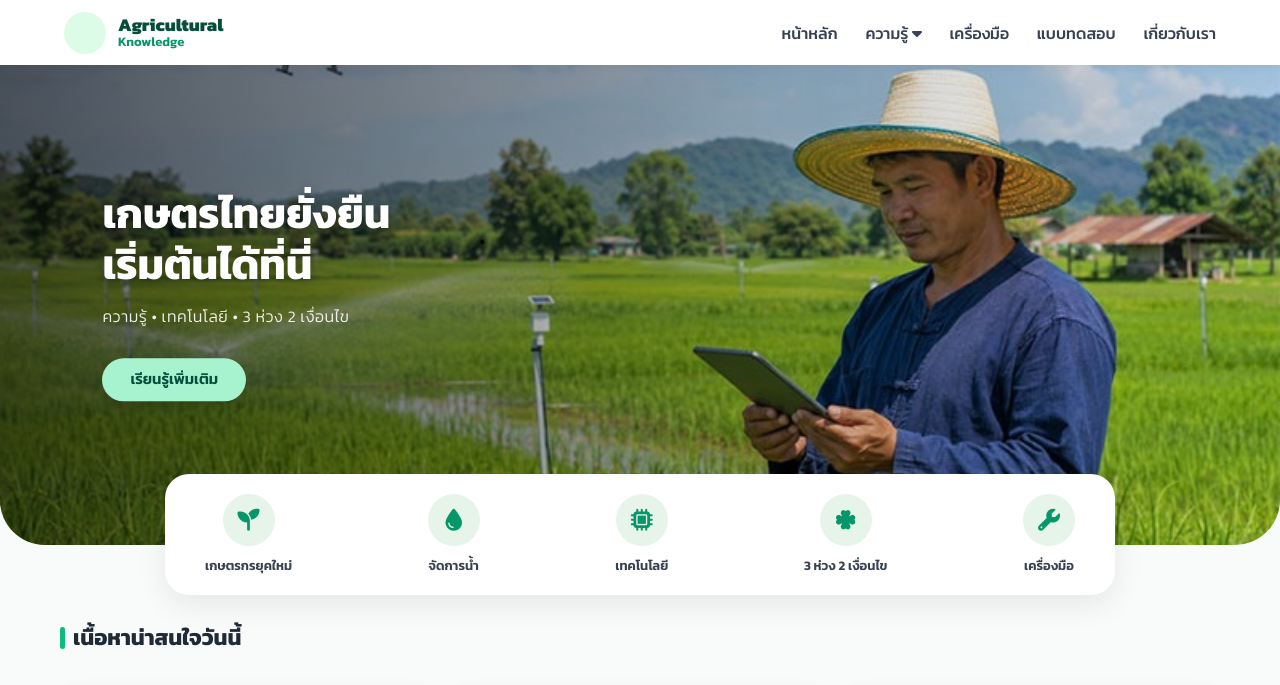
Repository: nuwat-wa/Project-WebdesignAG
Page: ag1.html
These files come from the project's save history. The page is drawn as it stood at one moment and after the next save; the edit follows.
The browser window is 1280 px wide. The pictures show the part of the page from y = 0 to 685 px (the page is 1534 px tall).
Pictures or frames that could not be fetched are drawn as grey boxes.

Above is the page before, as saved 2026-09-25 19:23:09.

### ag1.html
<!doctype html>
<html lang="en">
  <head>
    <meta charset="UTF-8" />
    <meta name="viewport" content="width=device-width, initial-scale=1.0" />
    <title>Agricultural Knowledge</title>
    <link
      href="https://cdn.jsdelivr.net/npm/bootstrap@5.3.8/dist/css/bootstrap.min.css"
      rel="stylesheet"
      integrity="sha384-sRIl4kxILFvY47J16cr9ZwB07vP4J8+LH7qKQnuqkuIAvNWLzeN8tE5YBujZqJLB"
      crossorigin="anonymous"
    />
    <link
      rel="stylesheet"
      href="https://cdnjs.cloudflare.com/ajax/libs/font-awesome/6.7.2/css/all.min.css"
    />
    <link rel="stylesheet" href="ag1.css" />
  </head>
  <body>
    <header class="header">
      <div class="logo">
        <div class="logo-icon">
          <i class=""></i>
        </div>
        <div class="brand-text">
          <h1 class="title">Agricultural</h1>
          <span class="subtitle">Knowledge</span>
        </div>
      </div>

      <nav class="nav-links">
        <a href="#">หน้าหลัก</a>
        <a href="#">ความรู้ <i class="fa-solid fa-caret-down"></i> </a>
        <a href="#">เครื่องมือ</a>
        <a href="#">แบบทดสอบ</a>
        <a href="#">เกี่ยวกับเรา</a>
      </nav>
    </header>

    <!-- Full-Width Hero Section (เต็มความกว้างจอ) -->
    <section class="hero-section-full">
      <div class="hero-banner-bg">
        <!-- รูปภาพ Hero Background -->
        <img src="img/aghero.jpg" alt="เกษตรไทยยั่งยืน" />
        <div class="overlay"></div>

        <!-- ข้อความบน Hero Banner -->
        <div class="hero-content">
          <h2 class="hero-title">เกษตรไทยยั่งยืน<br />เริ่มต้นได้ที่นี่</h2>
          <p class="hero-subtitle">ความรู้ • เทคโนโลยี • 3 ห่วง 2 เงื่อนไข</p>
          <a href="#" class="btn-learn-more"> เรียนรู้เพิ่มเติม </a>
        </div>
      </div>

      <!-- แถบหมวดหมู่ลอยตรงกลาง (Floating Category Bar) -->
      <div class="category-bar-wrapper">
        <div class="category-bar">
          <a href="#" class="category-item">
            <div class="cat-icon"><i class="fa-solid fa-sprout"></i></div>
            <span>เกษตรกรยุคใหม่</span>
          </a>
          <a href="#" class="category-item">
            <div class="cat-icon"><i class="fa-solid fa-droplet"></i></div>
            <span>จัดการน้ำ</span>
          </a>
          <a href="#" class="category-item">
            <div class="cat-icon"><i class="fa-solid fa-microchip"></i></div>
            <span>เทคโนโลยี</span>
          </a>
          <a href="#" class="category-item">
            <div class="cat-icon"><i class="fa-solid fa-clover"></i></div>
            <span>3 ห่วง 2 เงื่อนไข</span>
          </a>
          <a href="#" class="category-item">
            <div class="cat-icon"><i class="fa-solid fa-wrench"></i></div>
            <span>เครื่องมือ</span>
          </a>
        </div>
      </div>
    </section>

    <!-- Main Content Container (ส่วนเนื้อหาจำกัดความกว้างตรงกลาง) -->
    <main class="main-container">
      <!-- Section: เนื้อหาน่าสนใจวันนี้ -->
      <section class="content-section">
        <div class="section-header">
          <h2 class="section-title">เนื้อหาน่าสนใจวันนี้</h2>
        </div>

        <div class="carousel-container">
          <!-- ปุ่มกดเลื่อน Left / Right -->
          <a href="#card-3" class="slider-btn prev-btn" aria-label="Previous"
            ><i class="fa-solid fa-chevron-left"></i
          ></a>

          <div class="cards-scroll-wrapper">
            <!-- Card 1 -->
            <div class="content-card" id="card-1">
              <div class="card-img-holder">
                <img
                  src="https://images.unsplash.com/photo-1508614589041-895b88991e3e?auto=format&fit=crop&w=600&q=80"
                  alt="เทคโนโลยีโดรนเพื่อการเกษตร"
                />
              </div>
              <div class="card-body">
                <h3>เทคโนโลยีโดรนเพื่อการเกษตร</h3>
              </div>
            </div>

            <!-- Card 2 -->
            <div class="content-card" id="card-2">
              <div class="card-img-holder">
                <img
                  src="https://images.unsplash.com/photo-1592417817098-8f3d6ef23a81?auto=format&fit=crop&w=600&q=80"
                  alt="การจัดการดินอย่างยั่งยืน"
                />
              </div>
              <div class="card-body">
                <h3>การจัดการดินอย่างยั่งยืน</h3>
              </div>
            </div>

            <!-- Card 3 -->
            <div class="content-card" id="card-3">
              <div class="card-img-holder">
                <img
                  src="https://images.unsplash.com/photo-1595855759920-86582396756a?auto=format&fit=crop&w=600&q=80"
                  alt="พืชเศรษฐกิจที่น่าสนใจ"
                />
              </div>
              <div class="card-body">
                <h3>พืชเศรษฐกิจที่น่าสนใจ</h3>
              </div>
            </div>

             <!-- Card 4 -->
            <div class="content-card" id="card-3">
              <div class="card-img-holder">
                <img
                  src="https://images.unsplash.com/photo-1595855759920-86582396756a?auto=format&fit=crop&w=600&q=80"
                  alt="พืชเศรษฐกิจที่น่าสนใจ"
                />
              </div>
              <div class="card-body">
                <h3>พืชเศรษฐกิจที่น่าสนใจ</h3>
              </div>
            </div>
          </div>

          <a href="#card-2" class="slider-btn next-btn" aria-label="Next"
            ><i class="fa-solid fa-chevron-right"></i
          ></a>
        </div>

        <!-- Green Banner Card -->
        <div class="philosophy-banner">
          <div class="banner-info">
            <span class="banner-badge">ปรัชญาเศรษฐกิจพอเพียง</span>
            <h3 class="banner-title">องค์ความรู้ 3 ห่วง 2 เงื่อนไข</h3>
            <p class="banner-desc">
              แนวทางเพื่อความมั่นคงและยั่งยืนทางการเกษตร
            </p>
          </div>
          <a href="#" class="btn-read-banner">เข้าชม</a>
        </div>
      </section>
    </main>

    <footer class="site-footer">
      <div class="footer-top">
        <!-- โลโก้และคำอธิบาย -->
        <div class="footer-about">
          <div class="footer-logo">
            <span class="footer-logo-icon">🌱</span>

            <div>
              <strong>Agricultural</strong>
              <small>Knowledge</small>
            </div>
          </div>

          <p>
            แพลตฟอร์มการเรียนรู้และคลังความรู้เพื่อการเรียนรู้ด้านการเกษตร
            สนับสนุนเกษตรกรไทยด้วยเทคโนโลยีและองค์ความรู้ที่ยั่งยืน
          </p>
        </div>

        <!-- เมนูหลัก -->
        <div class="footer-column">
          <h3>เมนูหลัก</h3>

          <ul>
            <li><a href="home.html">หน้าหลัก</a></li>
            <li><a href="knowledge.html">ความรู้</a></li>
            <li><a href="tools.html">เครื่องมือ</a></li>
            <li><a href="quiz.html">แบบทดสอบ</a></li>
            <li><a href="about.html">เกี่ยวกับเรา</a></li>
          </ul>
        </div>

        <!-- หมวดความรู้ -->
        <div class="footer-column">
          <h3>ความรู้</h3>

          <ul>
            <li><a href="modern-farming.html">เกษตรยุคใหม่</a></li>
            <li><a href="water.html">การจัดการน้ำ</a></li>
            <li><a href="drone.html">เทคโนโลยีโดรน</a></li>
            <li><a href="sufficiency.html">3 ห่วง 2 เงื่อนไข</a></li>
            <li><a href="crops.html">พืชเศรษฐกิจ</a></li>
          </ul>
        </div>

        <!-- ติดต่อ -->
        <div class="footer-contact">
          <h3>ติดต่อเรา</h3>

          <p>
            ส่งเสริมการเกษตรและเครือข่ายความร่วมมืออัจฉริยะ
            เพื่อยกระดับคุณภาพชีวิตเกษตรกร
          </p>

          <!-- ใส่ URL ของช่องทางจริงใน href -->
          <div class="footer-social">
            <a href="#" aria-label="Facebook">f</a>
            <a href="#" class="social-line" aria-label="LINE">LINE</a>
            <a href="#" aria-label="YouTube">▶</a>
          </div>
        </div>
      </div>

      <!-- ส่วนล่าง -->
      <div class="footer-bottom">
        <p>© 2026 Agricultural Knowledge Platform. All rights reserved.</p>

        <div class="footer-policy">
          <a href="privacy.html">นโยบายความเป็นส่วนตัว</a>
          <span>·</span>
          <a href="terms.html">ข้อกำหนดการใช้งาน</a>
        </div>
      </div>
    </footer>

    <script
      src="https://cdn.jsdelivr.net/npm/bootstrap@5.3.8/dist/js/bootstrap.bundle.min.js"
      integrity="sha384-FKyoEForCGlyvwx9Hj09JcYn3nv7wiPVlz7YYwJrWVcXK/BmnVDxM+D2scQbITxI"
      crossorigin="anonymous"
    ></script>
  </body>
</html>

### ag1.css
@import url("https://fonts.googleapis.com/css2?family=Kanit:ital,wght@0,100;0,200;0,300;0,400;0,500;0,600;0,700;0,800;0,900;1,100;1,200;1,300;1,400;1,500;1,600;1,700;1,800;1,900&display=swap");

* {
  margin: 0;
  padding: 0;
  box-sizing: border-box;
  font-family: "Kanit", sans-serif;
  font-style: normal;
}

body {
  background: #f8fbf9;
  overflow-x: hidden;
}

/* Scrollbar Clean Design */
html {
  scrollbar-width: none;
  -ms-overflow-style: none;
  scroll-behavior: smooth;
}

html::-webkit-scrollbar {
  display: none;
}

/* Header Navbar */
.header {
  position: fixed;
  top: 0;
  left: 0;
  width: 100%;
  padding: 0 5%;
  height: 65px;
  background: white;
  display: flex;
  justify-content: space-between;
  align-items: center;
  box-shadow: 0 2px 10px rgba(0, 0, 0, 0.05);
  z-index: 1000;
}

.logo {
  display: flex;
  align-items: center;
  gap: 12px;
}

.logo-icon {
  width: 42px;
  height: 42px;
  background-color: #dcfce7;
  border-radius: 50%;
  display: flex;
  align-items: center;
  justify-content: center;
}

.brand-text {
  display: flex;
  flex-direction: column;
}

.title {
  margin: 0;
  font-size: 18px;
  font-weight: 800;
  color: #064e3b;
  line-height: 0.95;
}

.subtitle {
  font-size: 13px;
  font-weight: 600;
  color: #059669;
  line-height: 1.1;
  margin-top: 2px;
}

.nav-links a {
  text-decoration: none;
  color: #374151;
  font-weight: 500;
  margin-left: 24px;
  padding-bottom: 4px;
  transition: all 0.2s ease;
}

.nav-links a:hover,
.nav-links a.active {
  color: #2d6a4f;
  border-bottom: 2px solid #2d6a4f;
}

/* -------------------------------------------------------------
   Hero Section Full-Width (ขยายเต็ม 100% หน้าจอ + มุมโค้งล่าง)
---------------------------------------------------------------- */
.hero-section-full {
  position: relative;
  width: 100vw;
  margin-top: 65px; /* ชดเชยความสูง Header */
  margin-bottom: 80px;
  left: 50%;
  right: 50%;
  margin-left: -50vw;
  margin-right: -50vw;
}

.hero-banner-bg {
  position: relative;
  width: 100%;
  height: 480px;
  /* โค้งเฉพาะมุมล่างซ้าย-ขวา */
  border-radius: 0 0 45px 45px;
  overflow: hidden;
  background-color: #0d2818;
}

.hero-banner-bg img {
  width: 100%;
  height: 100%;
  object-fit: cover;
  display: block;
}

.hero-banner-bg .overlay {
  position: absolute;
  top: 0;
  left: 0;
  width: 100%;
  height: 100%;
  background: linear-gradient(
    90deg,
    rgba(0, 0, 0, 0.6) 0%,
    rgba(0, 0, 0, 0.2) 60%,
    rgba(0, 0, 0, 0) 100%
  );
}

.hero-content {
  position: absolute;
  top: 48%;
  left: 8%;
  transform: translateY(-50%);
  color: white;
  z-index: 2;
  max-width: 550px;
}

.hero-title {
  font-size: 42px;
  font-weight: 700;
  line-height: 1.2;
  margin-bottom: 14px;
  text-shadow: 0 2px 10px rgba(0, 0, 0, 0.3);
}

.hero-subtitle {
  font-size: 16px;
  font-weight: 300;
  opacity: 0.9;
  margin-bottom: 30px;
  letter-spacing: 0.5px;
}

.btn-learn-more {
  display: inline-flex;
  align-items: center;
  justify-content: center;
  padding: 10px 28px;
  background-color: #a7f3d0;
  color: #064e3b;
  border-radius: 50px;
  text-decoration: none;
  font-weight: 600;
  font-size: 15px;
  box-shadow: 0 4px 15px rgba(0, 0, 0, 0.15);
  transition: all 0.3s ease;
}

.btn-learn-more:hover {
  background-color: #6ee7b7;
  transform: translateY(-2px);
  box-shadow: 0 6px 20px rgba(0, 0, 0, 0.2);
}

/* Floating Category Bar */
.category-bar-wrapper {
  position: absolute;
  bottom: -50px;
  left: 0;
  width: 100%;
  display: flex;
  justify-content: center;
  z-index: 10;
  padding: 0 20px;
}

.category-bar {
  width: 100%;
  max-width: 950px;
  background: white;
  border-radius: 24px;
  padding: 20px 40px;
  display: flex;
  justify-content: space-between;
  align-items: center;
  box-shadow: 0 10px 30px rgba(0, 0, 0, 0.08);
}

.category-item {
  display: flex;
  flex-direction: column;
  align-items: center;
  gap: 10px;
  text-decoration: none;
  color: #374151;
  font-size: 13px;
  font-weight: 600;
  transition: transform 0.2s ease;
}

.category-item:hover {
  transform: translateY(-4px);
  color: #059669;
}

.cat-icon {
  width: 52px;
  height: 52px;
  background-color: #e6f4ea;
  color: #059669;
  border-radius: 50%;
  display: flex;
  align-items: center;
  justify-content: center;
  font-size: 22px;
}

/* -------------------------------------------------------------
   Main Container (จำกัดความกว้างเนื้อหาตรงกลาง)
---------------------------------------------------------------- */
.main-container {
  max-width: 1200px;
  margin: 0 auto;
  padding: 0 20px;
}

/* Section: เนื้อหาน่าสนใจวันนี้ */
.content-section {
  margin-top: 40px;
  margin-bottom: 60px;
}

.section-header {
  margin-bottom: 24px;
}

.section-title {
  font-size: 22px;
  font-weight: 700;
  color: #1f2937;
  display: flex;
  align-items: center;
  gap: 8px;
}

.section-title::before {
  content: "";
  display: inline-block;
  width: 5px;
  height: 22px;
  background-color: #10b981;
  border-radius: 4px;
}

/* Carousel Layout */
.carousel-container {
  position: relative;
  display: flex;
  align-items: center;
}

.slider-btn {
  position: absolute;
  top: 50%;
  transform: translateY(-50%);
  width: 38px;
  height: 38px;
  background: white;
  border-radius: 50%;
  box-shadow: 0 4px 12px rgba(0, 0, 0, 0.15);
  display: flex;
  align-items: center;
  justify-content: center;
  color: #4b5563;
  text-decoration: none;
  z-index: 10;
  transition: all 0.2s ease;
}

.slider-btn:hover {
  background: #10b981;
  color: white;
}

.prev-btn {
  left: -18px;
}
.next-btn {
  right: -18px;
}

.cards-scroll-wrapper {
  display: flex;
  gap: 20px;
  overflow-x: auto;
  scroll-snap-type: x mandatory;
  scroll-behavior: smooth;
  width: 100%;
  padding: 10px 0;
  scrollbar-width: none;
}

.cards-scroll-wrapper::-webkit-scrollbar {
  display: none;
}

.content-card {
  flex: 0 0 calc(33.333% - 14px);
  min-width: 280px;
  background: white;
  border-radius: 16px;
  overflow: hidden;
  box-shadow: 0 4px 15px rgba(0, 0, 0, 0.05);
  scroll-snap-align: start;
  transition:
    transform 0.3s ease,
    box-shadow 0.3s ease;
}

.content-card:hover {
  transform: translateY(-5px);
  box-shadow: 0 10px 25px rgba(0, 0, 0, 0.1);
}

.card-img-holder {
  width: 100%;
  height: 180px;
  overflow: hidden;
}

.card-img-holder img {
  width: 100%;
  height: 100%;
  object-fit: cover;
  transition: transform 0.4s ease;
}

.content-card:hover .card-img-holder img {
  transform: scale(1.05);
}

.card-body {
  padding: 18px 20px;
}

.card-body h3 {
  font-size: 15px;
  font-weight: 600;
  color: #1f2937;
  text-align: center;
}

/* Green Banner Card */
.philosophy-banner {
  margin-top: 35px;
  background: linear-gradient(135deg, #064e3b 0%, #047857 100%);
  border-radius: 16px;
  padding: 20px 32px;
  display: flex;
  justify-content: space-between;
  align-items: center;
  color: white;
  box-shadow: 0 8px 20px rgba(6, 78, 59, 0.15);
}

.banner-badge {
  font-size: 11px;
  background: rgba(255, 255, 255, 0.15);
  padding: 3px 10px;
  border-radius: 20px;
  display: inline-block;
  margin-bottom: 6px;
}

.banner-title {
  font-size: 18px;
  font-weight: 700;
  margin-bottom: 2px;
}

.banner-desc {
  font-size: 13px;
  opacity: 0.85;
}

.btn-read-banner {
  background: white;
  color: #064e3b;
  padding: 8px 26px;
  border-radius: 30px;
  text-decoration: none;
  font-weight: 600;
  font-size: 14px;
  transition: all 0.2s ease;
}

.btn-read-banner:hover {
  background: #dcfce7;
  transform: scale(1.03);
}

/* Footer Section */
.site-footer {
  padding: 50px 4% 25px;
  background-color: #193f31;
  color: #a4bdb0;
  font-size: 14px;
  line-height: 1.7;
  width: 100%;
}

.site-footer a {
  color: #a4bdb0;
  text-decoration: none;
}

.site-footer a:hover {
  color: #65dfb0;
}

.site-footer .footer-top {
  display: flex;
  justify-content: space-between;
  gap: 45px;
  max-width: 1200px;
  margin: auto;
}

.site-footer .footer-about {
  flex: 1.6;
  min-width: 0;
}
.site-footer .footer-column {
  flex: 0.9;
  min-width: 0;
}
.site-footer .footer-contact {
  flex: 1.2;
  min-width: 0;
}

.site-footer .footer-logo {
  display: flex;
  align-items: center;
  gap: 10px;
  margin-bottom: 20px;
}

.site-footer .footer-logo-icon {
  display: flex;
  align-items: center;
  justify-content: center;
  width: 34px;
  height: 34px;
  border-radius: 50%;
  background-color: #245b42;
  font-size: 20px;
}

.site-footer .footer-logo strong {
  display: block;
  color: #bdd0c5;
  font-size: 18px;
  line-height: 1.2;
}

.site-footer .footer-logo small {
  display: block;
  color: #50c998;
  font-size: 11px;
}

.site-footer h3 {
  margin: 0 0 18px;
  color: white;
  font-size: 16px;
}

.site-footer h3::before {
  content: "•";
  margin-right: 8px;
  color: #3bd4a0;
}

.site-footer ul {
  margin: 0;
  padding: 0;
  list-style: none;
}

.site-footer li {
  margin-bottom: 8px;
}

.site-footer .footer-social {
  display: flex;
  gap: 12px;
  margin-top: 25px;
}

.site-footer .footer-social a {
  display: flex;
  align-items: center;
  justify-content: center;
  width: 36px;
  height: 36px;
  border-radius: 50%;
  background-color: #224b3b;
  color: #6ce4b6;
  font-size: 16px;
}

.site-footer .footer-social a:hover {
  background-color: #30634e;
}

.site-footer .footer-bottom {
  display: flex;
  justify-content: space-between;
  align-items: center;
  gap: 20px;
  max-width: 1200px;
  margin: 40px auto 0;
  padding-top: 22px;
  border-top: 1px solid #2b5140;
  font-size: 12px;
}

.site-footer .footer-policy {
  display: flex;
  gap: 15px;
}

/* Responsive Handling */
@media (max-width: 992px) {
  .hero-title {
    font-size: 32px;
  }
  .nav-links {
    display: none;
  }
  .content-card {
    flex: 0 0 calc(50% - 10px);
  }
  .category-bar {
    max-width: 90%;
    padding: 15px 10px;
  }
  .category-item span {
    font-size: 11px;
  }
}

@media (max-width: 768px) {
  .hero-banner-bg {
    height: 400px;
    border-radius: 0 0 30px 30px;
  }
  .hero-content {
    left: 5%;
    right: 5%;
  }
  .category-bar-wrapper {
    position: relative;
    bottom: auto;
    margin-top: -35px;
  }
  .category-bar {
    overflow-x: auto;
    justify-content: flex-start;
    gap: 20px;
    border-radius: 16px;
  }
  .content-card {
    flex: 0 0 85%;
  }
  .philosophy-banner {
    flex-direction: column;
    align-items: flex-start;
    gap: 16px;
  }
  .site-footer .footer-top {
    flex-wrap: wrap;
    gap: 30px;
  }
  .site-footer .footer-about,
  .site-footer .footer-column,
  .site-footer .footer-contact {
    flex: 1 1 45%;
  }
}

@media (max-width: 480px) {
  .hero-title {
    font-size: 26px;
  }
  .hero-subtitle {
    font-size: 13px;
  }
  .site-footer .footer-top {
    flex-direction: column;
  }
  .site-footer .footer-about,
  .site-footer .footer-column,
  .site-footer .footer-contact {
    flex: 1 1 100%;
  }
}

After the next save:
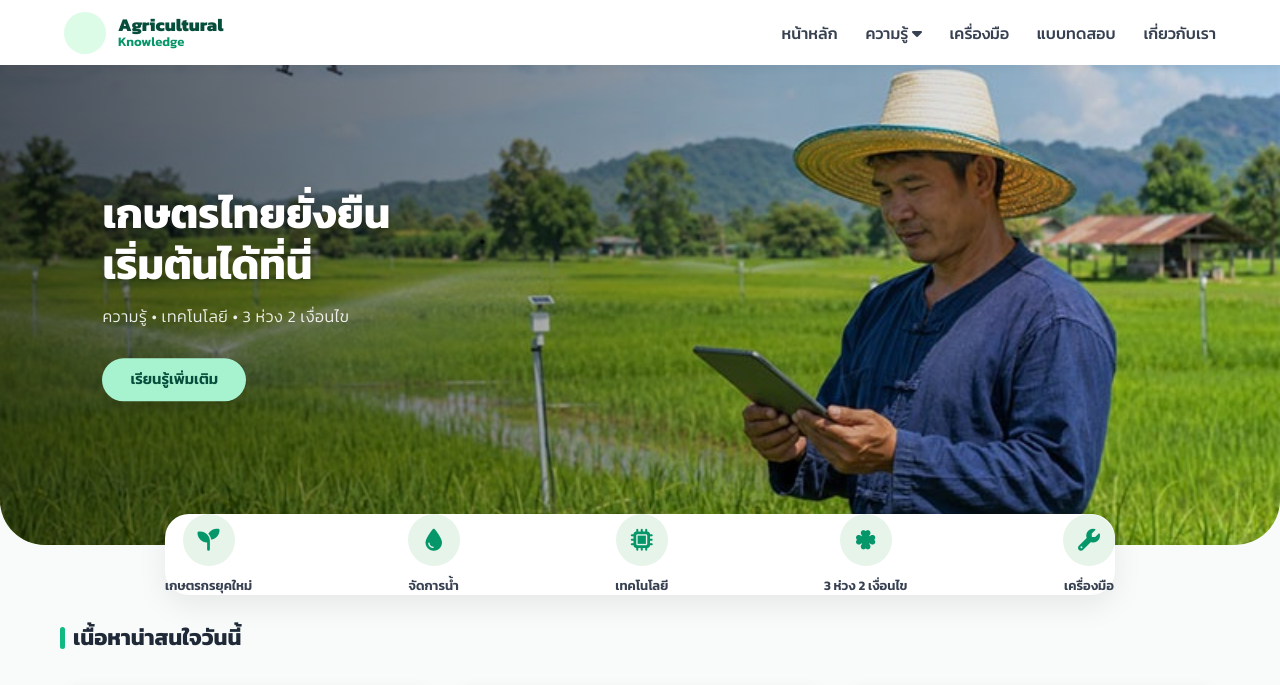
Saved 36 s later.
--- a/ag1.css
+++ b/ag1.css
@@ -201,7 +201,7 @@
   max-width: 950px;
   background: white;
   border-radius: 24px;
-  padding: 20px 40px;
+  padding: 20px -40px;
   display: flex;
   justify-content: space-between;
   align-items: center;

After the save that followed:
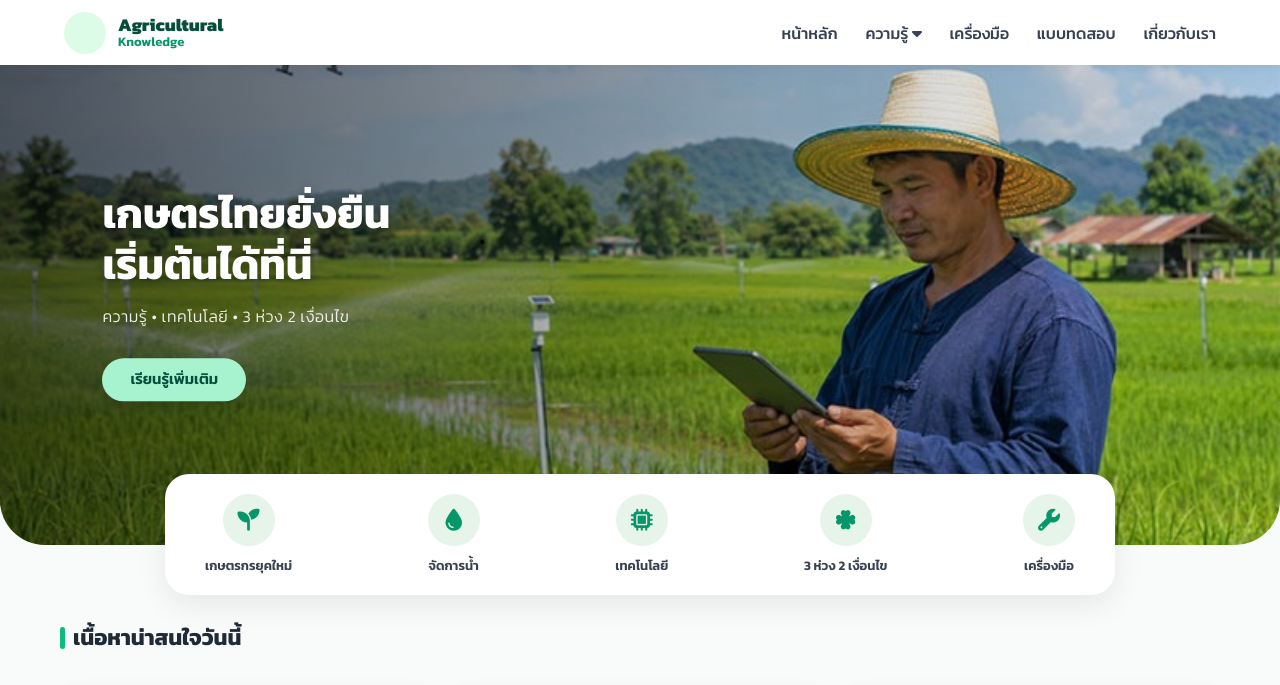
Saved 5 s later.
--- a/ag1.css
+++ b/ag1.css
@@ -201,7 +201,7 @@
   max-width: 950px;
   background: white;
   border-radius: 24px;
-  padding: 20px -40px;
+  padding: 20px 40px;
   display: flex;
   justify-content: space-between;
   align-items: center;
